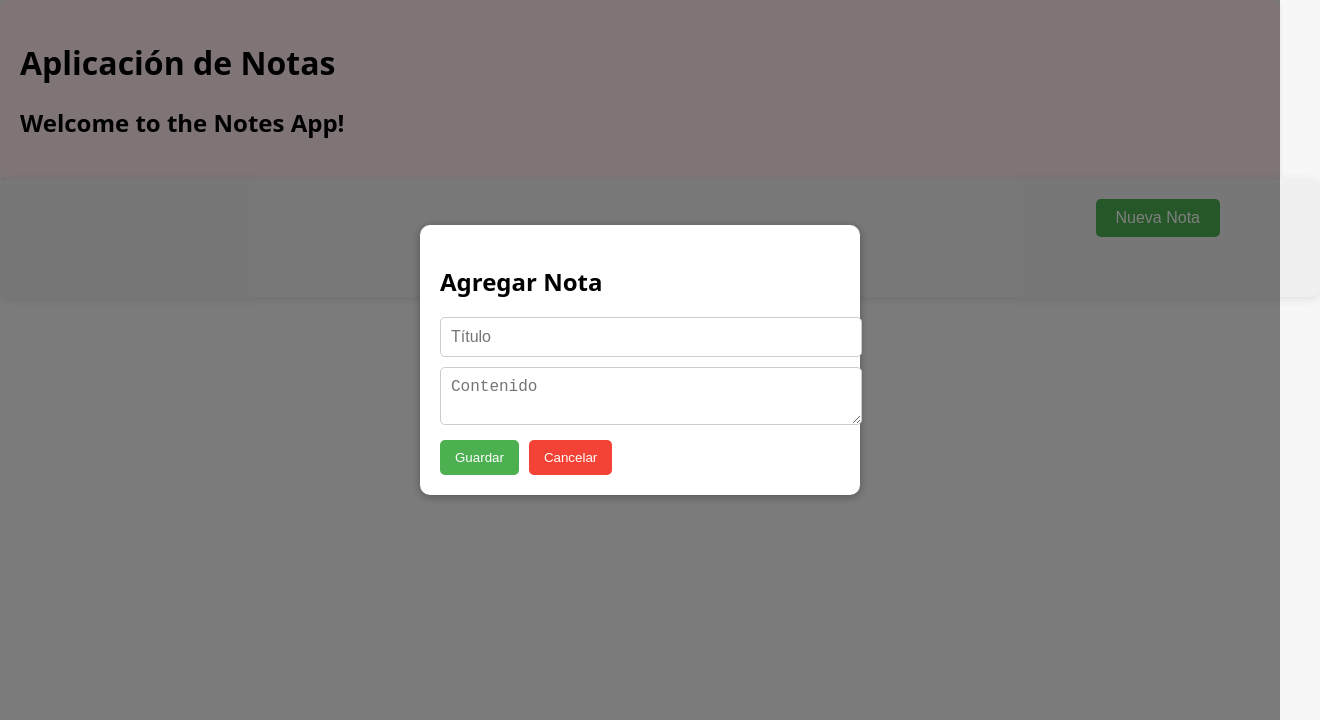
Repository: xunxuno/aplicacion_web_notas
Page: / (app in notas_web_app/), after clicking the first element matching `button.add-note-button`
These files come from the project's save history. The page is drawn as it stood at one moment and after the next save; the edit follows.
The browser window is 1280 px wide. The page is 1320 px wide, so the pictures cover 1320 px, including what lies to the right of the window. The pictures show the whole page.
The project was rebuilt for these pictures with package versions that can differ from the ones it lists, and the page was loaded fresh each time. Also part of the build but not shown: notas_web_app/vite.config.ts, notas_web_app/src/components/Note.tsx, notas_web_app/src/components/NoteCollection.tsx.

Above is the page before, as saved 2024-10-03 11:38:22.

After the next save:
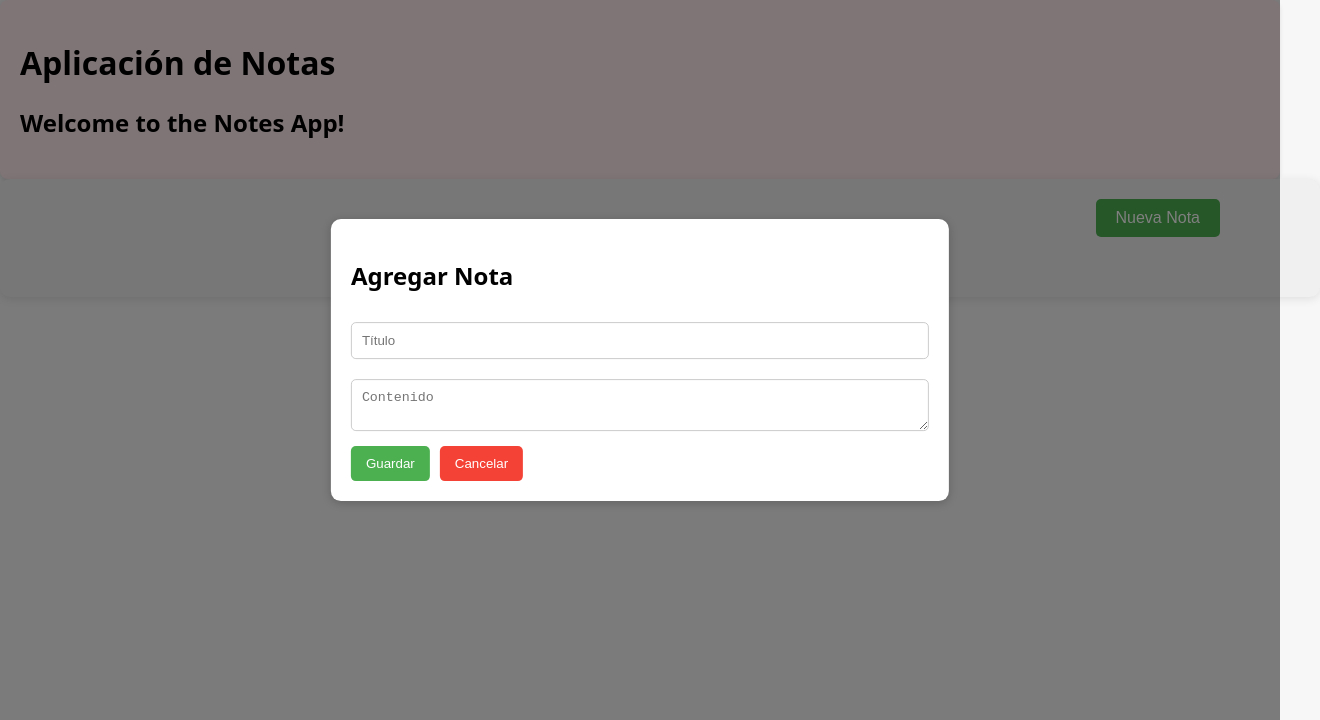
Saved 3 min 44 s later.
--- a/notas_web_app/src/styles.css
+++ b/notas_web_app/src/styles.css
@@ -112,12 +112,15 @@ body {
 
 /* Estilo para el contenedor del modal */
 .modal-content {
-  background-color: #fff; /* Fondo blanco para el contenido */
+  position: fixed; /* Mantiene el modal en una posición fija */
+  top: 50%; /* Centra verticalmente */
+  left: 50%; /* Centra horizontalmente */
+  transform: translate(-50%, -50%); /* Ajusta para centrar completamente */
+  background-color: #fff; /* Color de fondo blanco */
+  padding: 20px; /* Espaciado interno */
   border-radius: 10px; /* Bordes redondeados */
-  padding: 20px; /* Espaciado interno */
-  box-shadow: 0 2px 10px rgba(0, 0, 0, 0.3); /* Sombra para profundidad */
-  width: 400px; /* Ancho fijo para el modal */
-  max-width: 90%; /* Ancho máximo en pantallas pequeñas */
+  box-shadow: 0 2px 10px rgba(0, 0, 0, 0.2); /* Sombra */
+  z-index: 1000; /* Asegura que esté por encima de otros elementos */
 }
 
 /* Estilo para los inputs del modal */
@@ -125,10 +128,10 @@ body {
 .modal-content textarea {
   width: 100%; /* Ancho completo */
   padding: 10px; /* Espaciado interno */
-  margin-bottom: 10px; /* Margen inferior */
-  border: 1px solid #ccc; /* Borde gris */
+  margin: 10px 0; /* Margen superior e inferior */
+  border: 1px solid #ccc; /* Borde gris claro */
   border-radius: 5px; /* Bordes redondeados */
-  font-size: 16px; /* Tamaño de fuente */
+  box-sizing: border-box; /* Asegura que el padding no aumente el tamaño total */
 }
 
 /* Estilo para los botones del modal */
